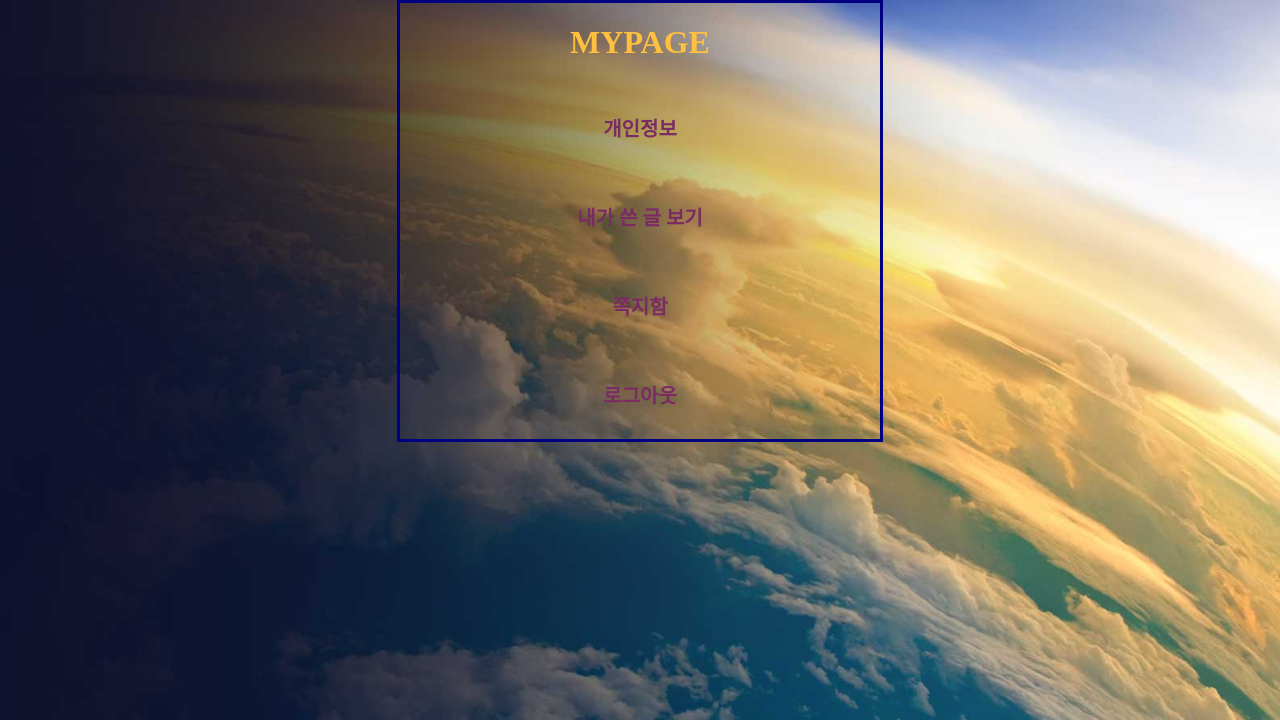
Repository: leeboseok/proposal-board
Page: http://localhost/ProposalSys/mypage.jsp
These files come from the project's save history. The page is drawn as it stood at one moment and after the next save; the edit follows.
The browser window is 1280 px wide. The pictures show the whole page.
The page is served by Tomcat 9. Other server files are loaded and not shown.

Above is the page before, as saved 2024-07-31 15:57:42.
Console error: TypeError: Cannot read properties of undefined (reading 'addEventListener')

### ProposalSys/src/main/webapp/mypage.jsp
<%@ page language="java" contentType="text/html; charset=utf-8"
    pageEncoding="utf-8"%>
<!DOCTYPE html>
	<html>
	<head>
		<meta charset="utf-8">
		<title>My Page</title>
		<link rel="stylesheet" href="css/mypage.css">
		<style>
			#wrap{
				margin:0 auto;
				width:480px;
				border:3px solid navy;
			}
            form > div{
            	text-align:center;
            	padding:30px;
            	font-size: 20px;
            	font-weight: 600;
            	color:#7B2B63;
            	cursor:pointer;
            }
            form > div:hover{
            	background-color:#7B2B63;
            	color:white;
            }
            h1{
            	text-align:center;
            	color:#ffbf3f;
            }
		</style>
	</head>
	<body>
		<div id="wrap">
			<h1>MYPAGE</h1>
			<form id="myList" action="">
				<div class="personalinfo.jsp">개인정보</div>
				<div class="mycreations.jsp">내가 쓴 글 보기</div>
				<div class="messages.jsp">쪽지함</div>
				<div class="logoutprogress.jsp">로그아웃</div>
			</form>
		</div>
		<script>
			let frm=document.getElementById("myList");
		    let btn=frm.getElementsByTagName("div");
			for(let i=0; i<=btn.length; i++){
				btn[i].addEventListener("click", function(){
					frm.action=btn[i].getAttribute("class"); //i번째 getClass
					frm.submit();
				});
			};
		</script>
	</body>
</html>

### ProposalSys/src/main/webapp/css/mypage.css
@charset "UTF-8";

html, body {
    height: 100%;
    margin: 0;
}

html {
    background-image: url('../images/hero-earth.jpg');
    background-size: cover;
    background-position: center;
    background-repeat: no-repeat;
}

After the next save:
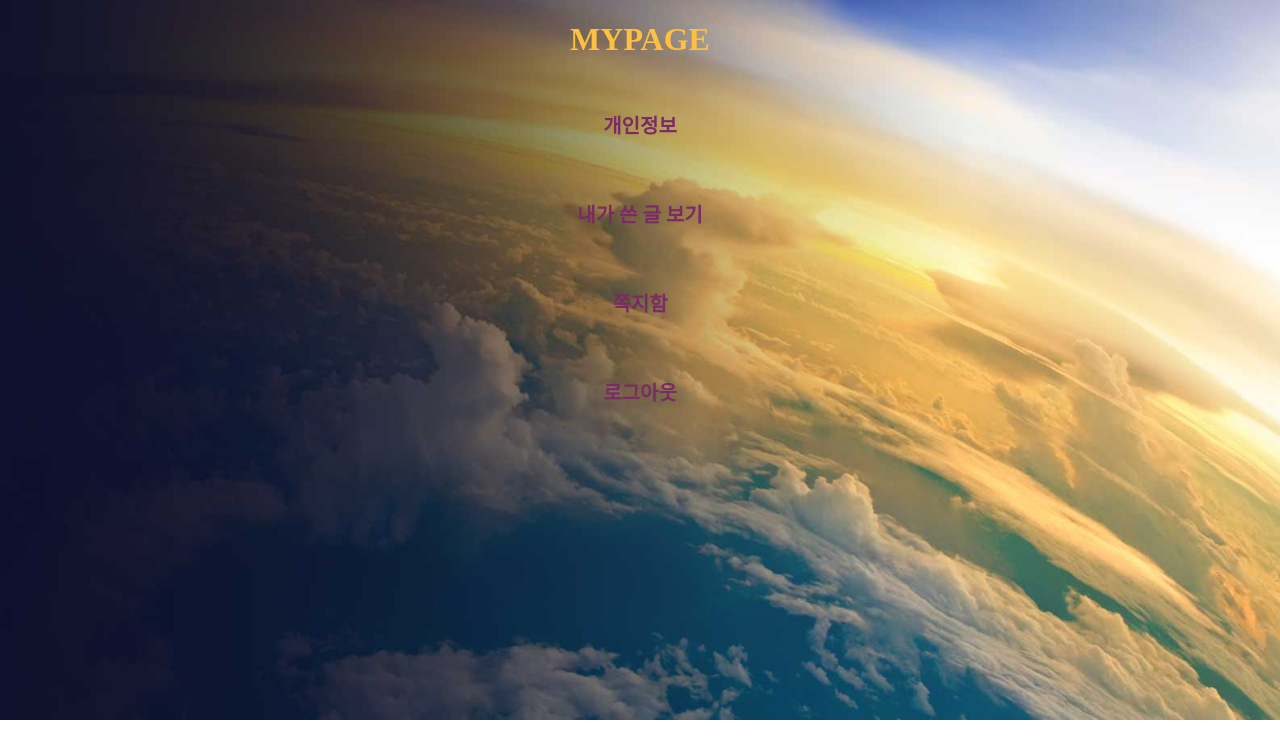
Saved 27 s later.
--- a/ProposalSys/src/main/webapp/mypage.jsp
+++ b/ProposalSys/src/main/webapp/mypage.jsp
@@ -10,7 +10,6 @@
 			#wrap{
 				margin:0 auto;
 				width:480px;
-				border:3px solid navy;
 			}
             form > div{
             	text-align:center;
